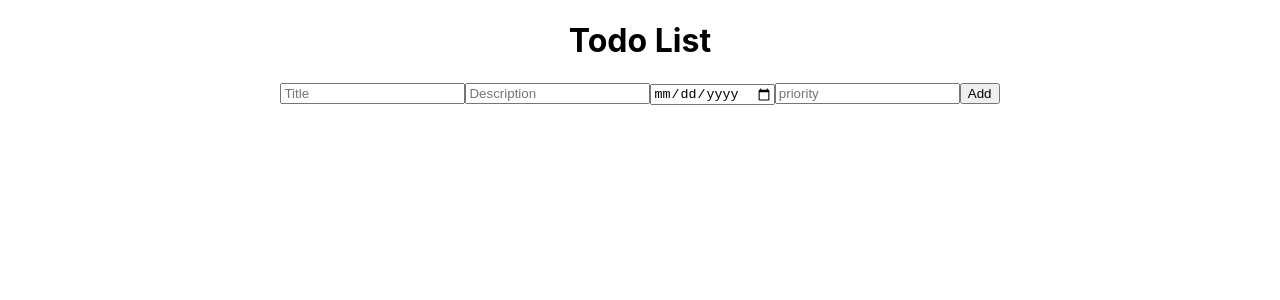
Repository: Juan-Christian-2711/todo
Page: / (app in frontend/)
These files come from the project's save history. The page is drawn as it stood at one moment and after a run of saves; the edit follows.
The browser window is 1280 px wide. The pictures show the whole page.
The project was rebuilt for these pictures with package versions that can differ from the ones it lists, and the page was loaded fresh each time.

Above is the page before, as saved 2024-03-29 15:01:10.

### frontend/src/App.js
import React, { useState } from 'react';
import './App.css';

function App() {
  const [todos, setTodos] = useState([]);
  const [title, description, due, priority] = useState('');


  const handleSubmit = (e) => {
    e.preventDefault();
    if (title.trim() !== '') {
      setTodos([...todos, title, description, due, priority,]);
    }
  };

  const handleDelete = (index) => {
    setTodos(todos.filter((_, i) => i !== index));
  };

  return (
    <div className="App">
      <h1>Todo List</h1>
      <form onSubmit={handleSubmit}>
        <input
          type="text"
          placeholder="Title"
        />
        <input
          type="text"
          placeholder="Description"
          value={description}
        />
        <input
          type="date"
          placeholder="Due Date"
          value={due}
        />
        <input
          type="number"
          placeholder="priority"
          value={priority}
          max={5}
        />
        <button type="submit">Add</button>
      </form>
      <ul>
        {todos.map((todo, index) => (
          <li key={index}>
            {todo}
            <button onClick={() => handleDelete(index)}>complete</button>
          </li>
        ))}
      </ul>
    </div>
  );
}

export default App;

### frontend/src/App.css
.App {
  text-align: center;
}

.App-logo {
  height: 40vmin;
  pointer-events: none;
}

@media (prefers-reduced-motion: no-preference) {
  .App-logo {
    animation: App-logo-spin infinite 20s linear;
  }
}

.App-header {
  background-color: #282c34;
  min-height: 100vh;
  display: flex;
  flex-direction: column;
  align-items: center;
  justify-content: center;
  font-size: calc(10px + 2vmin);
  color: white;
}

.App-link {
  color: #61dafb;
}

@keyframes App-logo-spin {
  from {
    transform: rotate(0deg);
  }
  to {
    transform: rotate(360deg);
  }
}

.App ul {
  list-style-type: none;
}

Loaded but not shown: frontend/public/index.html (common file); frontend/src/index.js (common file); frontend/src/index.css (common file); frontend/src/reportWebVitals.js (common file)

After the next 2 saves:
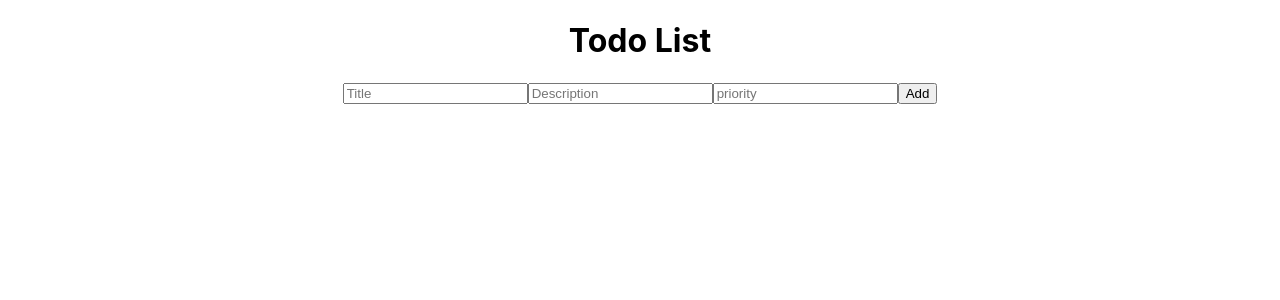
The 2 saves are shown as one change because they came seconds apart.
The last was saved 14 s later.
--- a/frontend/src/App.js
+++ b/frontend/src/App.js
@@ -28,17 +28,10 @@ function App() {
         <input
           type="text"
           placeholder="Description"
-          value={description}
-        />
-        <input
-          type="date"
-          placeholder="Due Date"
-          value={due}
         />
         <input
           type="number"
           placeholder="priority"
-          value={priority}
           max={5}
         />
         <button type="submit">Add</button>
